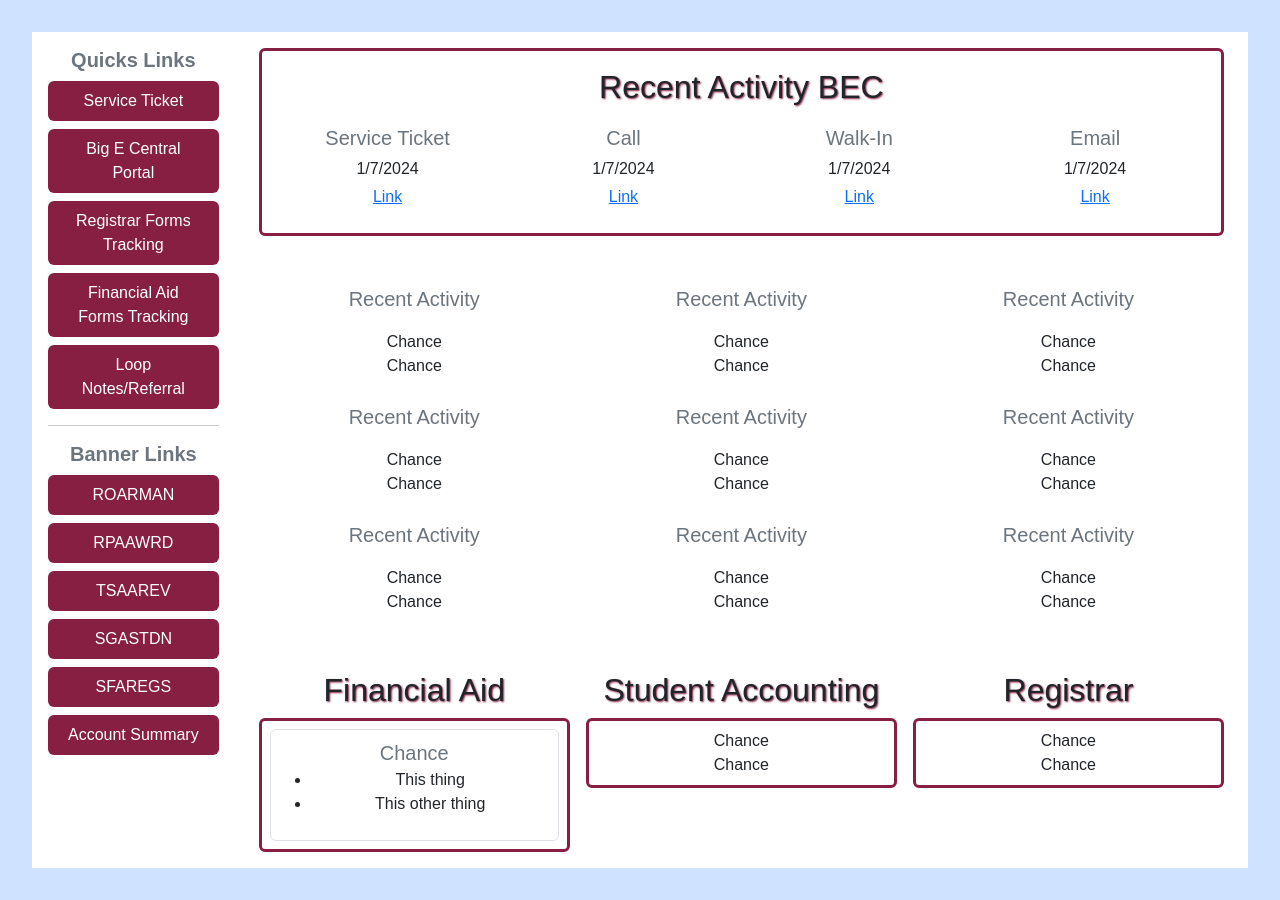
Repository: chancellor-w-whitaker/bec-tab
Page: /
An editor plug-in stored every save of this project. The page is shown before and after the next save, followed by the edit.
The browser window is 1280 px wide. The pictures show the whole page.
Some web fonts or font styles are not loaded; a fallback is used. The project was rebuilt for these pictures with package versions that can differ from the ones it lists, and the page was loaded fresh each time. Also part of the build but not shown: vite.config.js.

Above is the page before, as saved 2024-01-07 19:32:51.

After the next save:
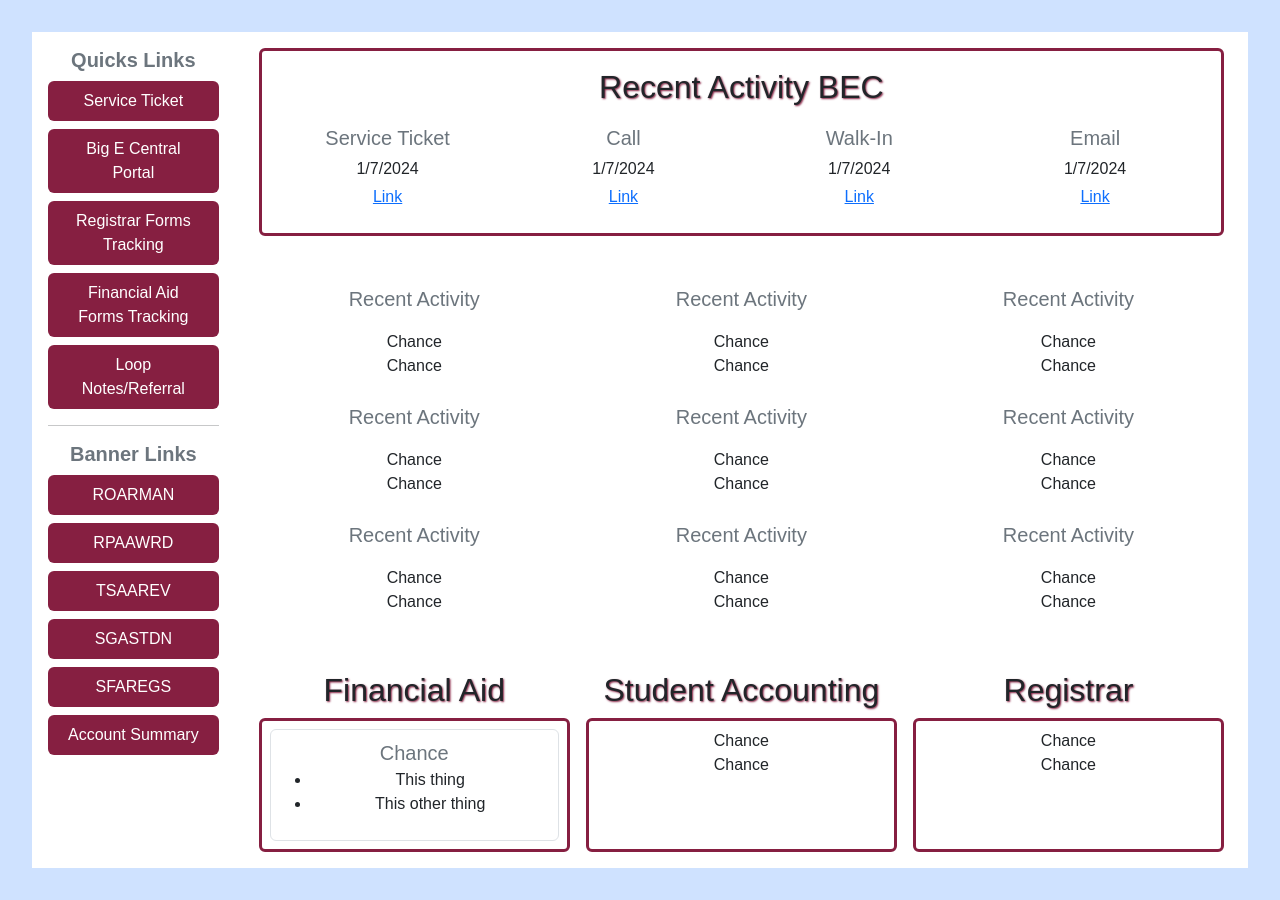
Saved 36 s later.
--- a/src/App.jsx
+++ b/src/App.jsx
@@ -156,32 +156,7 @@ const Main = () => {
             <Card></Card>
             <Card></Card>
           </div>
-          <div className="d-flex flex-row gap-3">
-            <Card
-              title={<ShadowyTitle>Financial Aid</ShadowyTitle>}
-              style={{ ...ekuBorder }}
-              width="100%"
-            >
-              <div className="rounded p-2 border">
-                <div className="fs-5 text-secondary fw-medium">Chance</div>
-                <ul>
-                  <li>This thing</li>
-                  <li>This other thing</li>
-                </ul>
-              </div>
-            </Card>
-            <Card
-              title={<ShadowyTitle>Student Accounting</ShadowyTitle>}
-              style={{ ...ekuBorder }}
-              width="100%"
-            ></Card>
-
-            <Card
-              title={<ShadowyTitle>Registrar</ShadowyTitle>}
-              style={{ ...ekuBorder }}
-              width="100%"
-            ></Card>
-          </div>
+          <BottomRow></BottomRow>
         </div>
       </div>
     </>
